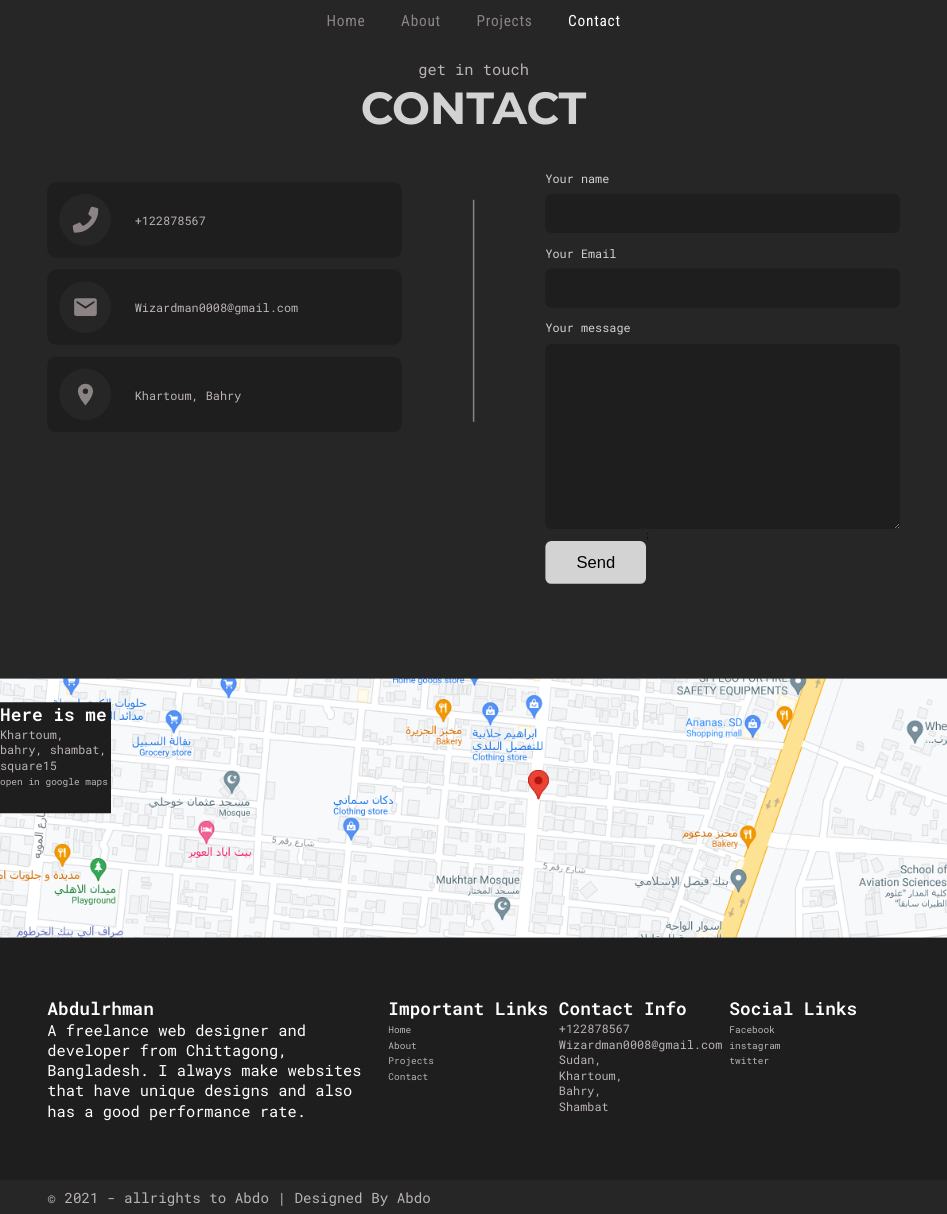
Repository: Abdoulrhman-altyeb/React-Typescript
Page: /contact
An editor plug-in stored every save of this project. The page is shown before and after the next save, followed by the edit.
The browser window is 1280 px wide. The pictures show the whole page, at 74% of full size.
The project was rebuilt for these pictures with package versions that can differ from the ones it lists, and the page was loaded fresh each time. Also part of the build but not shown: src/components/ContactButton.tsx, src/components/HeroSection.tsx, src/components/AboutSection.tsx, src/assits/data/Services.ts, src/components/ServiceItems.tsx, src/components/ServicesSection.tsx, src/components/ProjectsSection.tsx, src/Pages/Home.tsx and 2 more.

Above is the page before, as saved 2021-05-20 19:35:25.

After the next save:
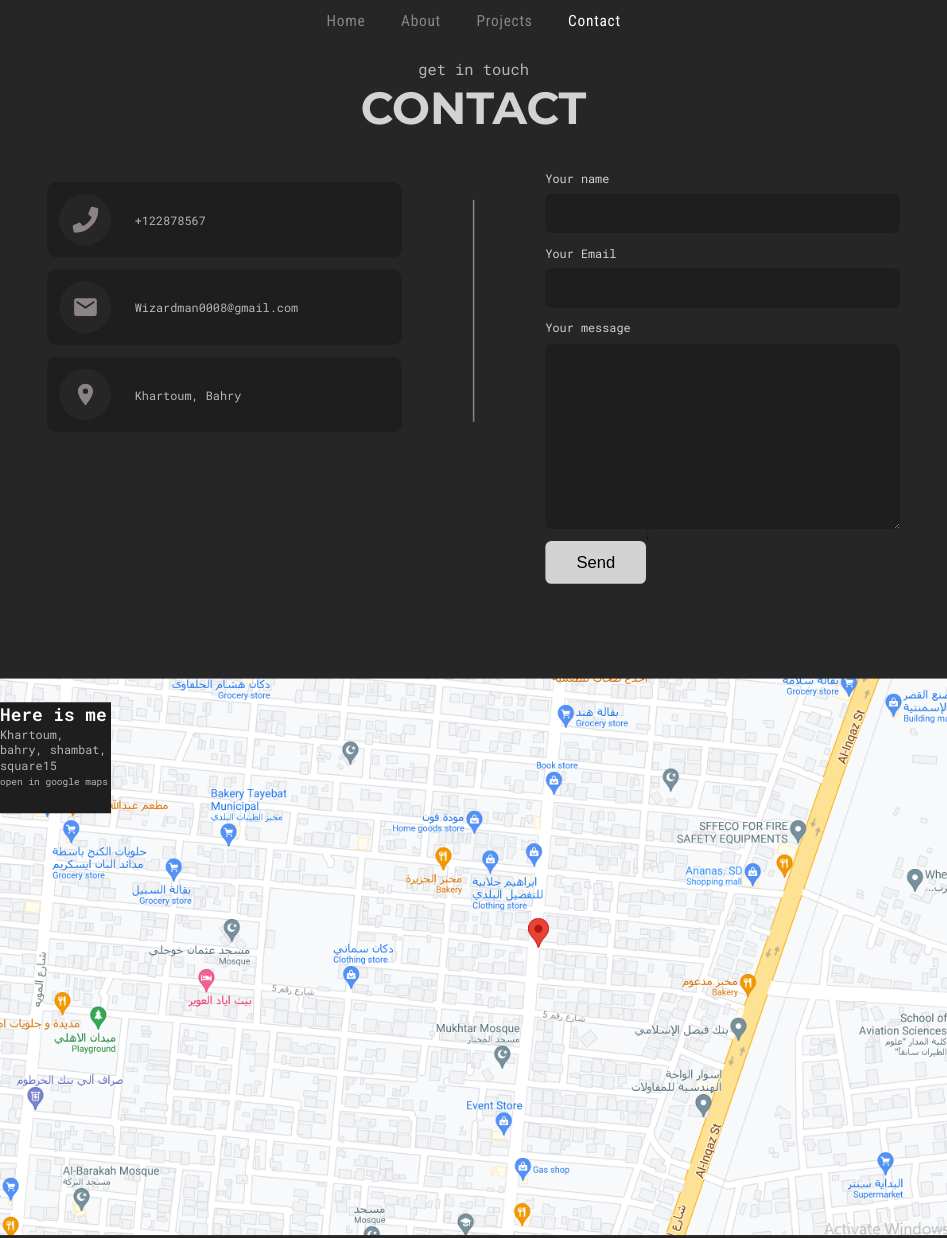
Saved 16 s later.
--- a/src/components/Map.tsx
+++ b/src/components/Map.tsx
@@ -4,7 +4,9 @@
 const Map: React.FC = () => {
     return (
         <StyleDiv>
+            <div className="image">
             <img src={map} alt="" />
+            </div>
             <div className="location__details">
                 <h2>Here is me</h2>
                 <p>Khartoum, bahry, shambat, square15</p>

After the save that followed:
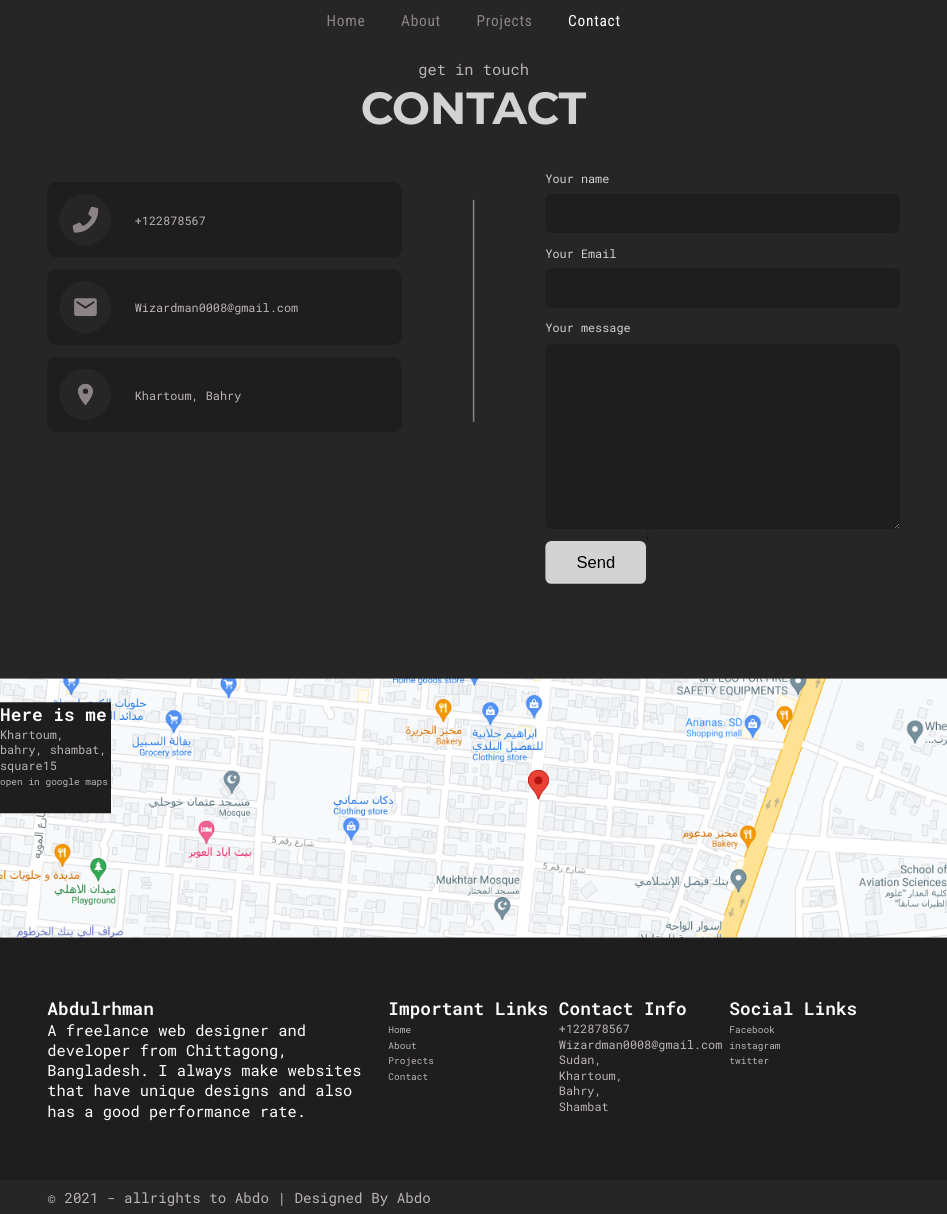
Saved 15 s later.
--- a/src/components/Map.tsx
+++ b/src/components/Map.tsx
@@ -18,8 +18,10 @@
 
 const StyleDiv = styled.div`
     position: relative;
-    height:350px;
-    width:100%;
+    .image{
+        height:350px;
+        width:100%;
+    }
     .location__details{
         position: absolute;
         width:150px;
